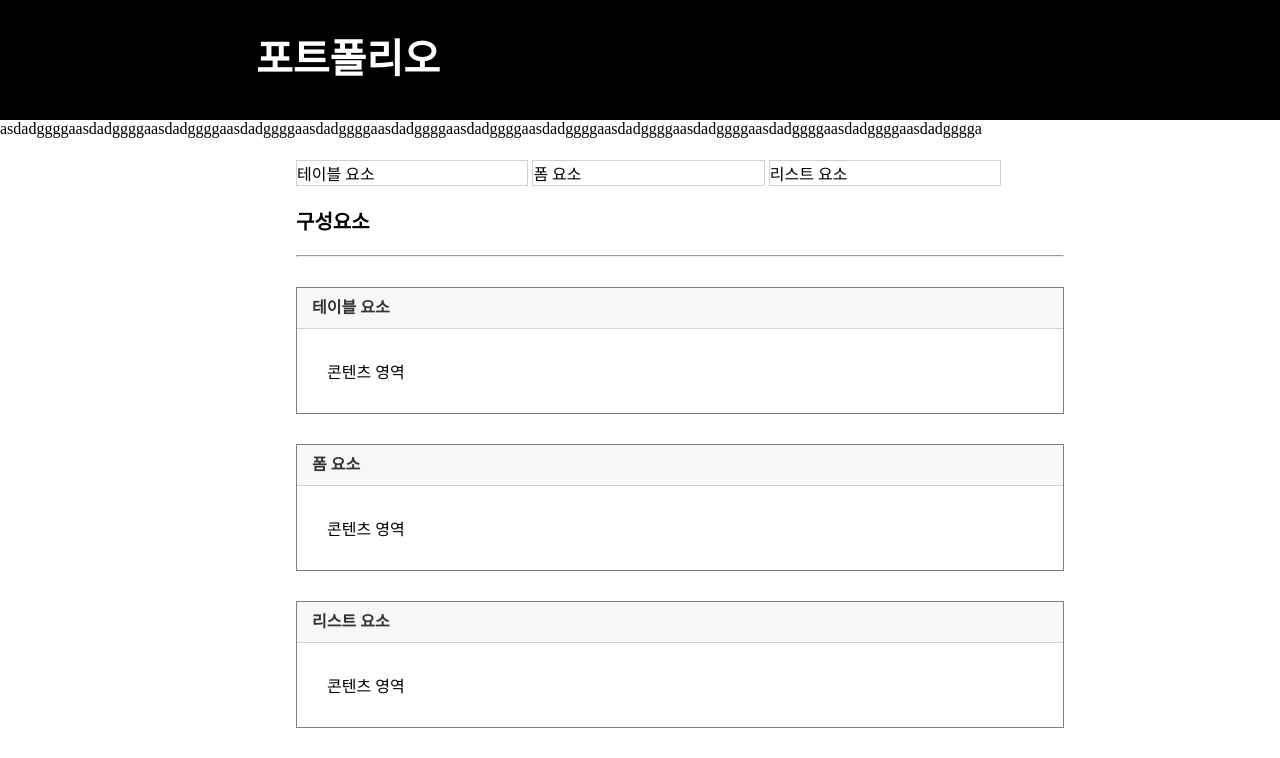
Repository: ItChoi/CSS-Study
Page: Css/WebContent/html/boostcourse/project-A1/portfolio.html
The author's editor kept a copy of each file at every save. The page is drawn from the files as they stood at one save, then again after the next save.
The browser window is 1280 px wide. The pictures show the whole page.

Above is the page before, as saved 2019-06-18 10:57:03.

After the next save:
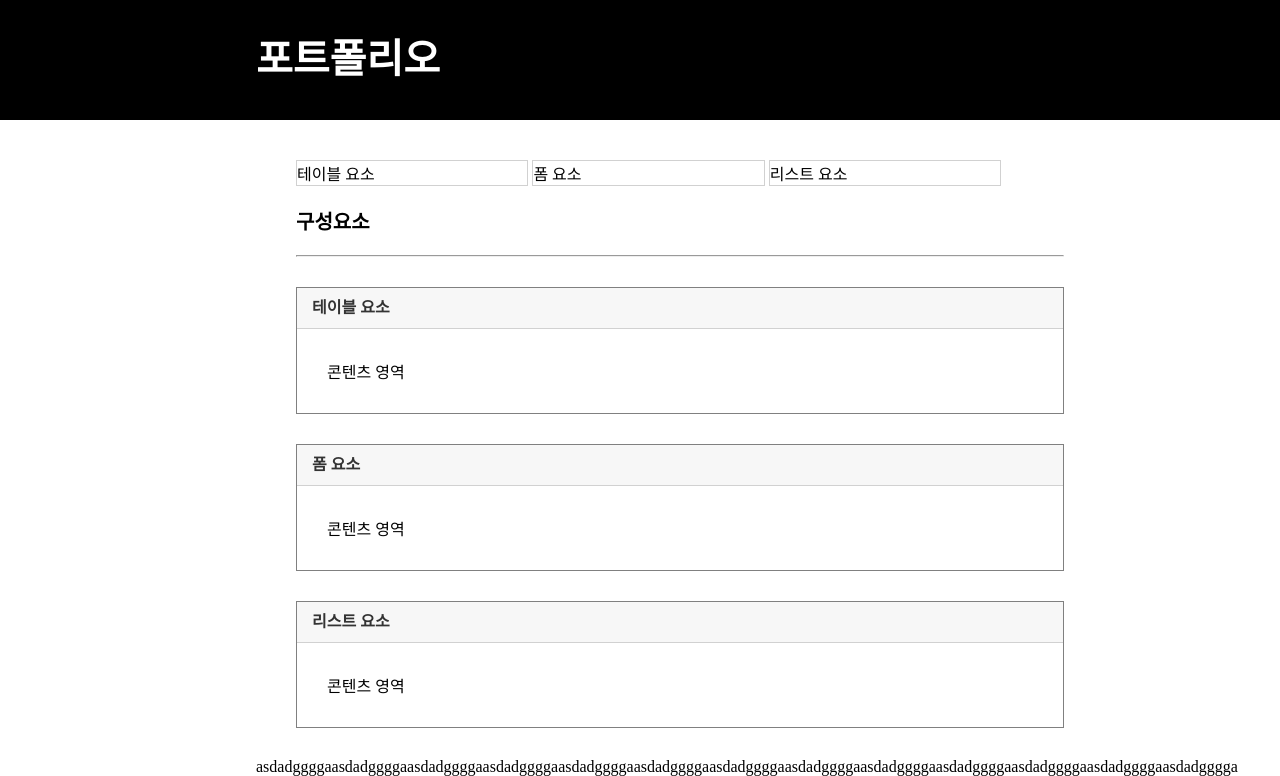
Saved 13 s later.
--- a/Css/WebContent/html/boostcourse/project-A1/portfolio.html
+++ b/Css/WebContent/html/boostcourse/project-A1/portfolio.html
@@ -65,11 +65,11 @@
 
 			</div>
 
+			<div class="footer">
+			asdadggggaasdadggggaasdadggggaasdadggggaasdadggggaasdadggggaasdadggggaasdadggggaasdadggggaasdadggggaasdadggggaasdadggggaasdadgggga
+			</div>
 		</div>
 
-		<div class="footer">
-		asdadggggaasdadggggaasdadggggaasdadggggaasdadggggaasdadggggaasdadggggaasdadggggaasdadggggaasdadggggaasdadggggaasdadggggaasdadgggga
-		</div>
 
 
 	</div>
